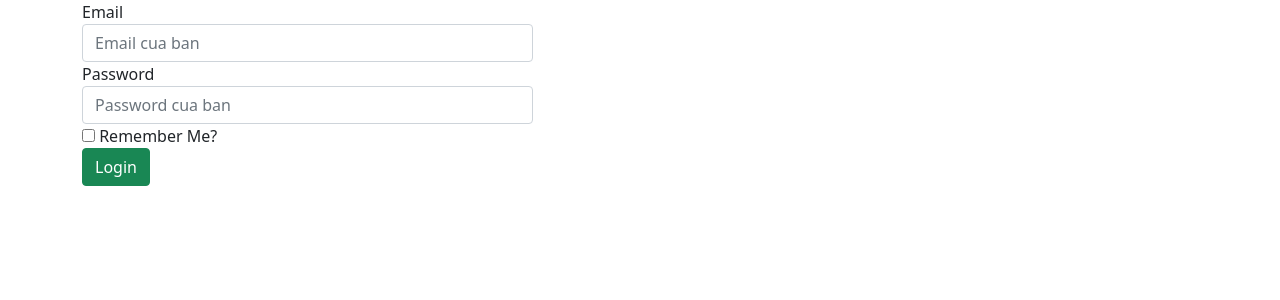
Repository: kiennd3921/AssJava4
Page: http://localhost/Assignment/view/auth/Login.jsp
These files come from the project's save history. The page is drawn as it stood at one moment and after the next save; the edit follows.
The browser window is 1280 px wide. The pictures show the whole page.
The page is served by Tomcat 9. Other server files are loaded and not shown.

Above is the page before, as saved 2021-04-13 14:55:19.

### PT15307-UD/Assignment/WebContent/view/auth/Login.jsp
<%@ page language="java" contentType="text/html; charset=ISO-8859-1"
	pageEncoding="UTF-8"%>
<!DOCTYPE html>
<html>
<head>
<meta charset="UTF-8">
<meta name="viewport" content="width = device-width, initial-scale=1.0">
<title>Insert title here</title>
<%@ taglib uri="http://java.sun.com/jstl/core_rt" prefix="c"%>
<link rel="stylesheet" type="text/css">
<link
	href="https://cdn.jsdelivr.net/npm/bootstrap@5.0.0-beta2/dist/css/bootstrap.min.css"
	rel="stylesheet"
	integrity="sha384-BmbxuPwQa2lc/FVzBcNJ7UAyJxM6wuqIj61tLrc4wSX0szH/Ev+nYRRuWlolflfl"
	crossorigin="anonymous">

</head>
<body>
	<div class="container">
		<div class="row">
			<div class="col-md-5">
				<form>
					<div class="row">
						<div class="col">
							<div class="form-group">
								<label>Email</label> <input type="email" class="form-control"
									placeholder="Email cua ban" required name="">
							</div>
							<div class="form-group">
								<label>Password</label> <input type="password"
									class="form-control" placeholder="Password cua ban" required
									name="">
							</div>
						</div>
					</div>
					<div class="form-group">
						<input type="checkbox" required name=""> <label>Remember Me?</label>
					</div>
					<div class="form-group">
						<button class="btn btn-success" type="submit">Login</button>
					</div>
				</form>
			</div>
		</div>
	</div>
</body>
</html>

After the next save:
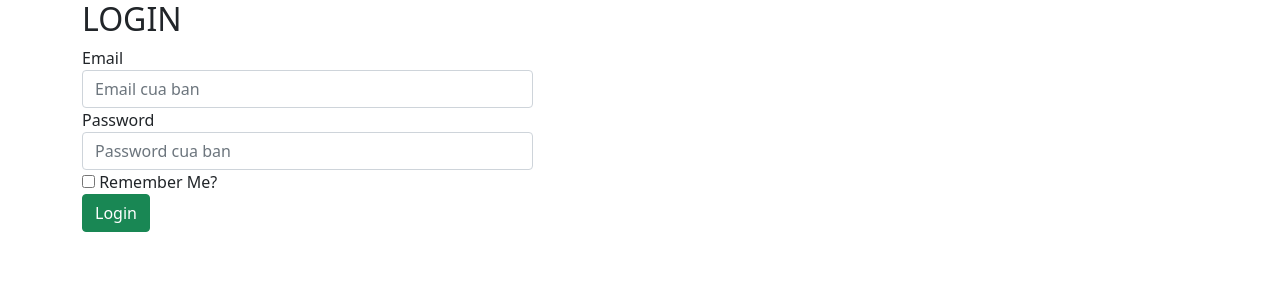
Saved 2 min 23 s later.
--- a/PT15307-UD/Assignment/WebContent/view/auth/Login.jsp
+++ b/PT15307-UD/Assignment/WebContent/view/auth/Login.jsp
@@ -20,6 +20,7 @@
 		<div class="row">
 			<div class="col-md-5">
 				<form>
+					<h2>LOGIN</h2>
 					<div class="row">
 						<div class="col">
 							<div class="form-group">
@@ -34,7 +35,8 @@
 						</div>
 					</div>
 					<div class="form-group">
-						<input type="checkbox" required name=""> <label>Remember Me?</label>
+						<input type="checkbox" required name=""> <label>Remember
+							Me?</label>
 					</div>
 					<div class="form-group">
 						<button class="btn btn-success" type="submit">Login</button>
